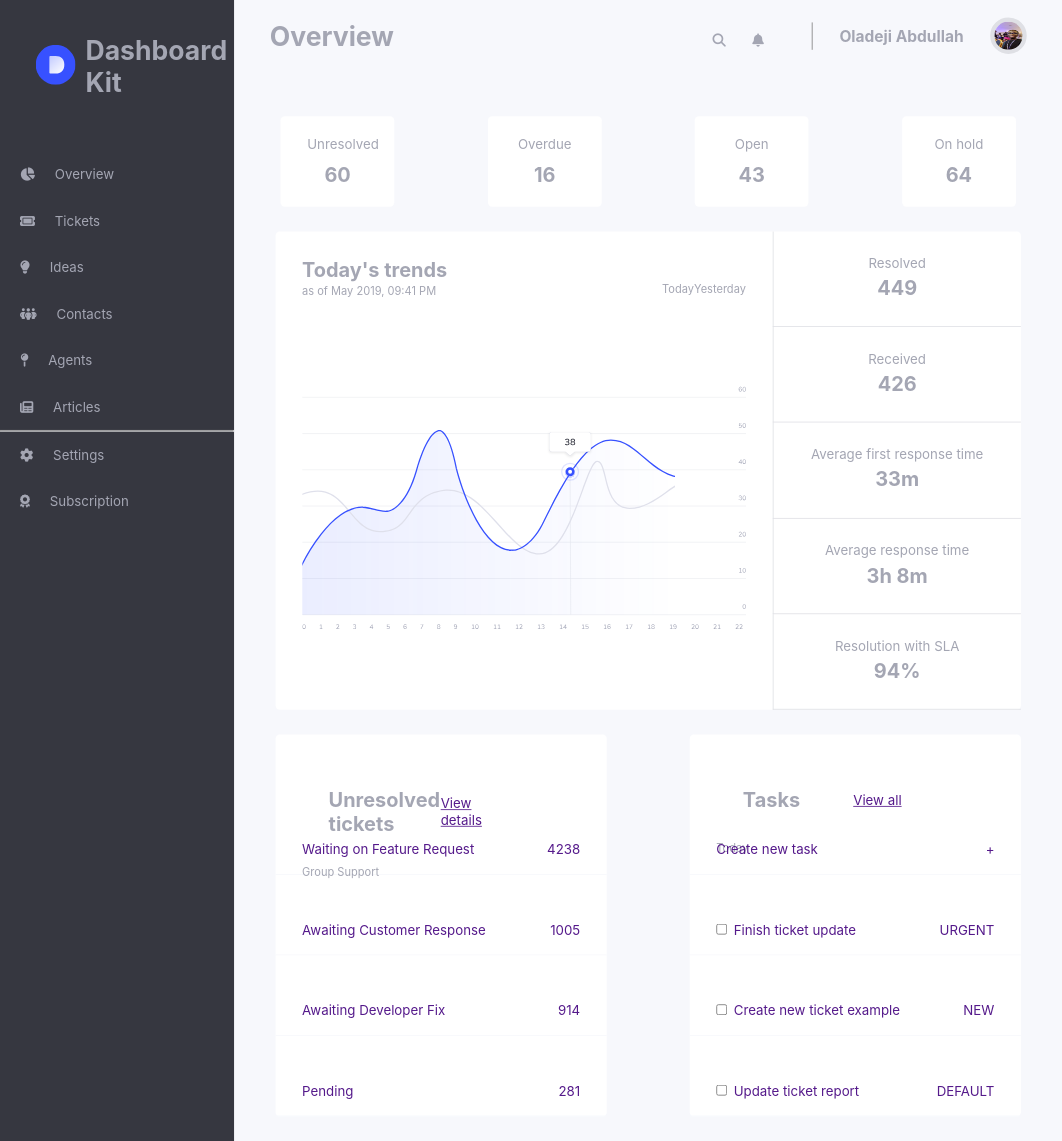
Repository: BuduCE/dashboard
Page: /
An editor plug-in stored every save of this project. The page is shown before and after a run of saves, followed by the edit.
The browser window is 1280 px wide. The pictures show the whole page, at 83% of full size.
Some web libraries are served in a nearby version. The project was rebuilt for these pictures with package versions that can differ from the ones it lists, and the page was loaded fresh each time. Also part of the build but not shown: src/pages/Tickets/index.jsx.

Above is the page before, as saved 2022-08-05 23:51:08.

After the next 2 saves:
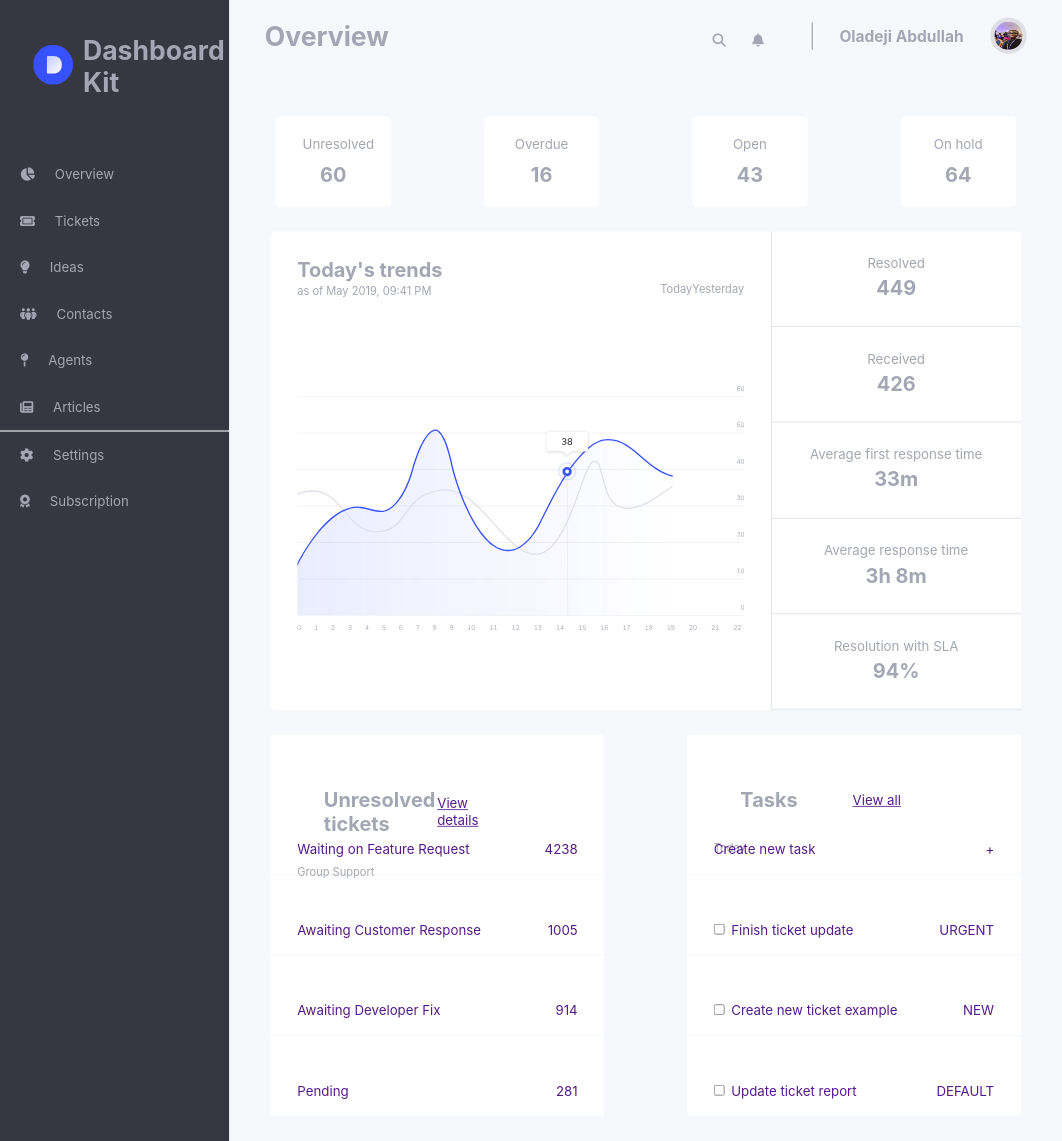
The 2 saves are shown as one change because they came seconds apart.
The last was saved 39 s later.
--- a/src/components/common/SideNav/styles.css
+++ b/src/components/common/SideNav/styles.css
@@ -8,7 +8,7 @@
 }
 .logo{
     display: flex;
-    padding: 43px 43px;
+    padding: 40px 40px;
     padding-bottom: 63px;
     padding-top: 0;
     align-items: center;
